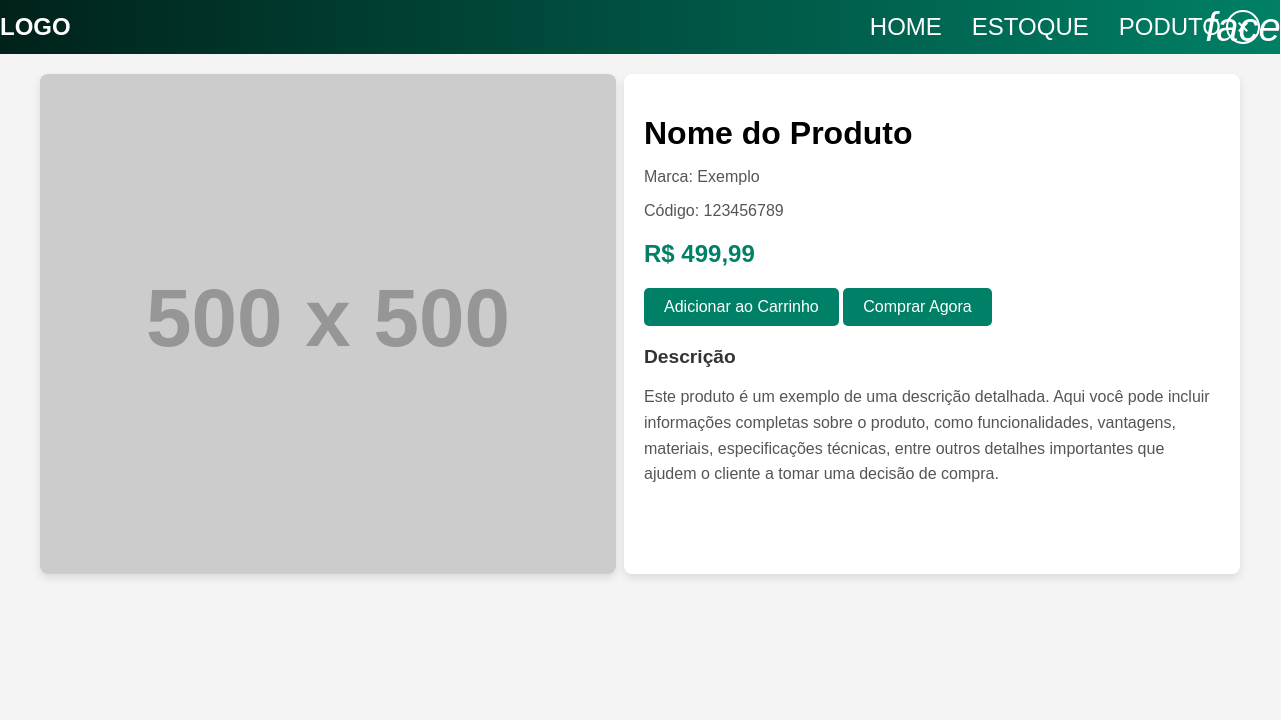
Repository: KleilsonDJ/Proj.PI_BD
Page: http://localhost/Home/Produto
These files come from the project's save history. The page is drawn as it stood at one moment and after the next save; the edit follows.
The browser window is 1280 px wide. The page is 1281 px wide, then 1280 px, so the pictures cover 1281 px, including what lies to the right of the window. The pictures show the whole page.
The page is this project's Thymeleaf template; nobody is signed in. The template is opened directly, without the code that normally fills it, so the values that code supplies are empty.

Above is the page before, as saved 2024-11-28 16:32:48.

After the next save:
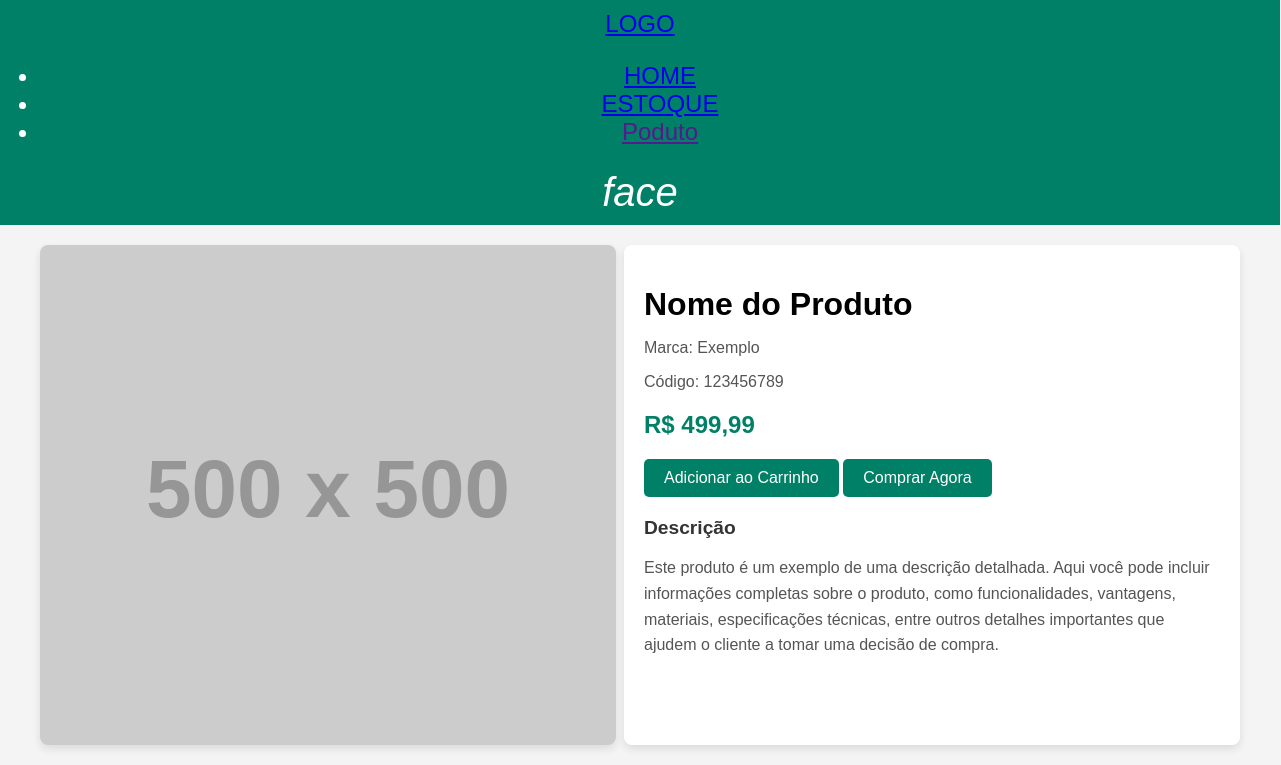
Not found: Proj.PI_BD-main/Home/styles.css
Saved 23 s later.
--- a/Proj.PI_BD-main/src/main/resources/templates/Home/Produto.html
+++ b/Proj.PI_BD-main/src/main/resources/templates/Home/Produto.html
@@ -4,8 +4,7 @@
     <meta charset="UTF-8">
     <meta name="viewport" content="width=device-width, initial-scale=1.0">
     <title>Detalhes do Produto</title>
-   <!-- Arquivo de estilo externo -->
-    <link rel="stylesheet" type="text/css" href="/Menu_Estilo.css">
+    <link rel="stylesheet" href="styles.css"> <!-- Arquivo de estilo externo, se necessário -->
     <style>
         /* Estilos gerais da página */
         body {
